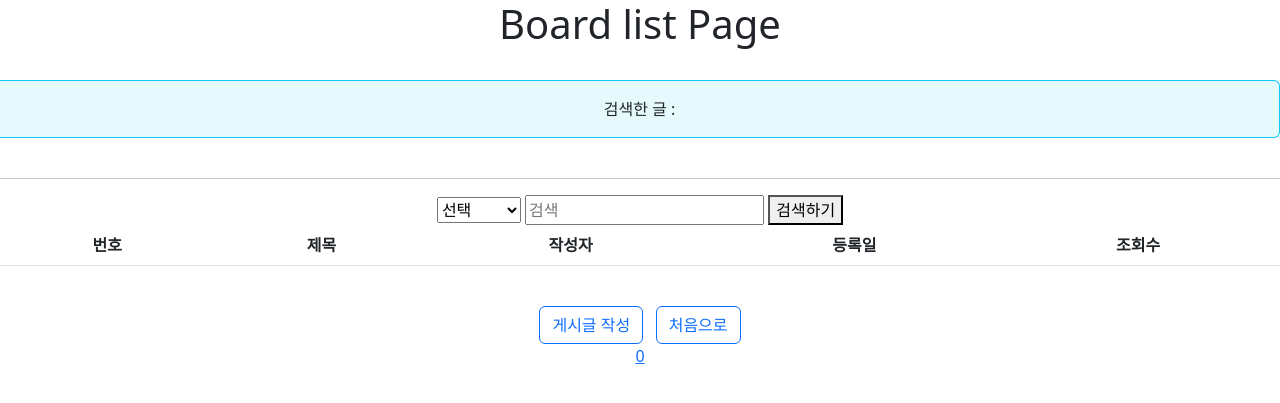
Repository: bbqju13/simai
Page: http://localhost/zip/WEB-INF/views/board/list.jsp
An editor plug-in stored every save of this project. The page is shown before and after a run of saves, followed by the edit.
The browser window is 1280 px wide. The pictures show the whole page.
The page is served by Tomcat 9. Nobody is signed in. The template is opened directly, without the code that normally fills it, so the values that code supplies are empty.

Above is the page before, as saved 2023-06-19 01:40:41.

After the next 2 saves:
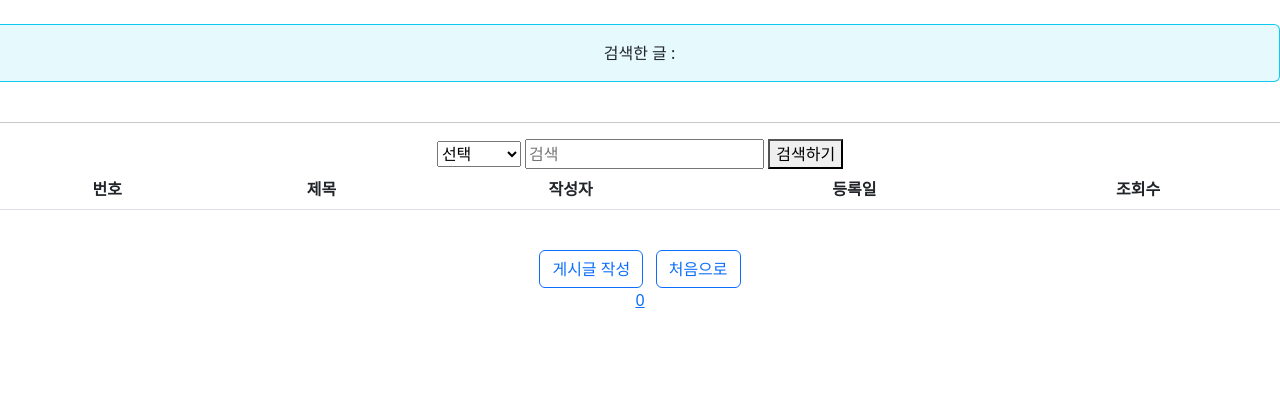
The 2 saves are shown as one change because they came seconds apart.
The last was saved 31 s later.
--- a/zip/src/main/webapp/WEB-INF/views/board/list.jsp
+++ b/zip/src/main/webapp/WEB-INF/views/board/list.jsp
@@ -14,7 +14,7 @@
 	src="https://cdn.jsdelivr.net/npm/bootstrap@5.2.3/dist/js/bootstrap.bundle.min.js"
 	integrity="sha384-kenU1KFdBIe4zVF0s0G1M5b4hcpxyD9F7jL+jjXkk+Q2h455rYXK/7HAuoJl+0I4"
 	crossorigin="anonymous"></script>
-<title>Board list Page</title>
+<title>Board list</title>
 <style type="text/css">
 body {
 	text-align: center;
@@ -22,8 +22,7 @@ body {
 </style>
 </head>
 <body>
-	<h1>Board list Page</h1>
-	<!-- 검색 -->
+
 	<br>
 	<div
 		class="p-3 bg-info bg-opacity-10 border border-info border-start-0 rounded-end">
@@ -77,7 +76,6 @@ body {
 			<button type="button" class="btn btn-outline-primary">처음으로</button>
 		</a>
 	</div>
-	<!-- Paging Line -->
 	<div>
 		<c:if test="${ph.prev }">
 			<a
